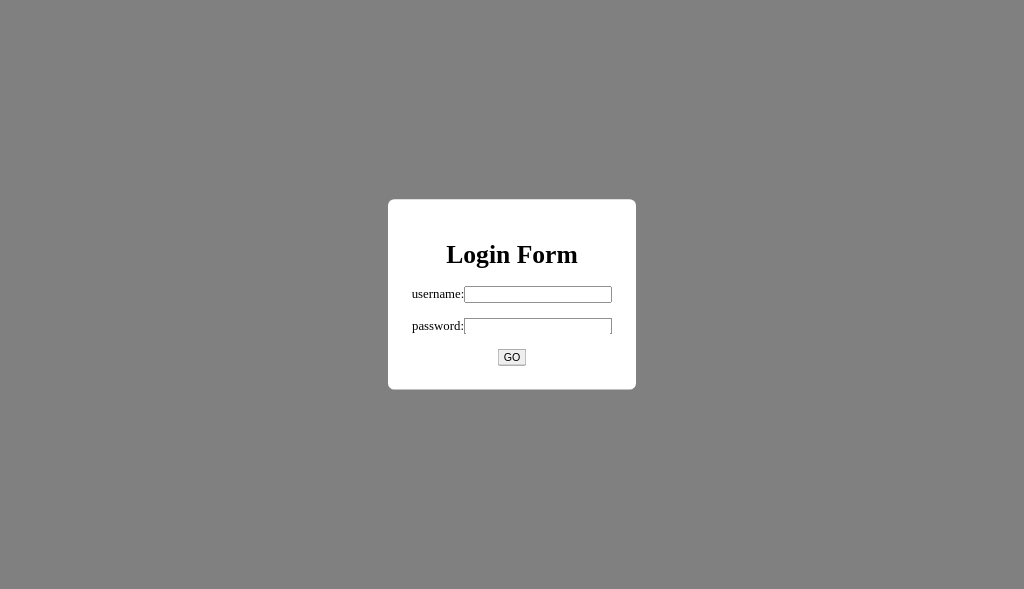
Repository: VIJAYkollu-7568/rakhi
Page: jsp/src/main/webapp/login.html
These files come from the project's save history. The page is drawn as it stood at one moment and after the next save; the edit follows.
The browser window is 1280 px wide. The pictures show the whole page, at 80% of full size.

Above is the page before, as saved 2024-11-07 09:21:21.

### jsp/src/main/webapp/login.html
<!DOCTYPE html>
<html>
<head>
<meta charset="UTF-8">
<title>login</title>
</head>
<style>

body{
display: flex;
background-color:grey;
min-height: 100vh;
justify-content:center;
align-items: center;

}
form{
background-color:white;
align-items: center;
border-radius:8px;
padding:30px;
text-align:center;

}
</style>
<body>

<form  action="login.jsp">
<h1>Login Form</h1>
username:<input type ="text" name="username" required><br><br>
password:<input type="password" name="password" required><br><br>
<button type="submit">GO</button>
</form>
</body>
</html>

After the next save:
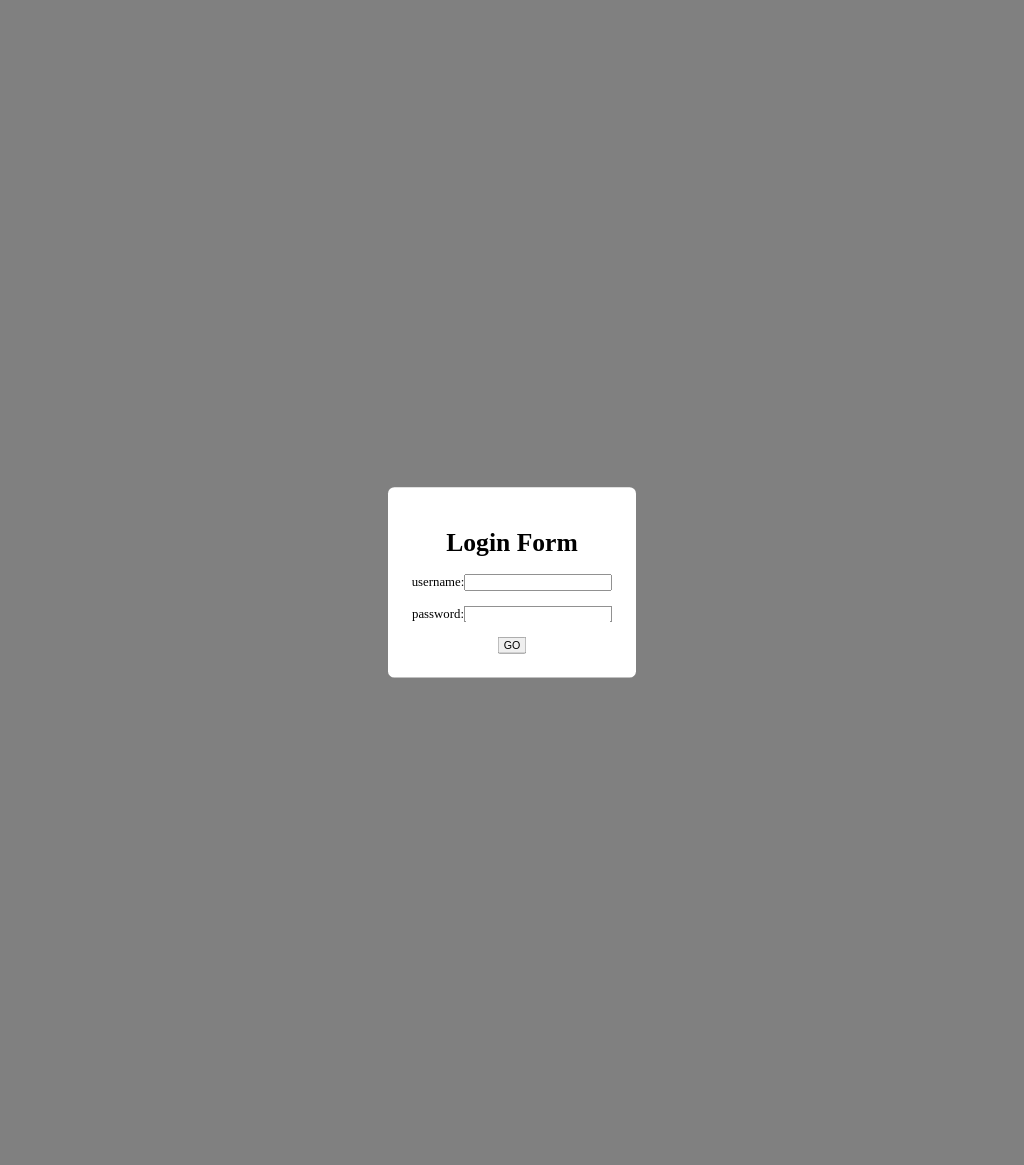
Saved 13 s later.
--- a/jsp/src/main/webapp/login.html
+++ b/jsp/src/main/webapp/login.html
@@ -9,7 +9,7 @@
 body{
 display: flex;
 background-color:grey;
-min-height: 100vh;
+min-height: 200vh;
 justify-content:center;
 align-items: center;
 
